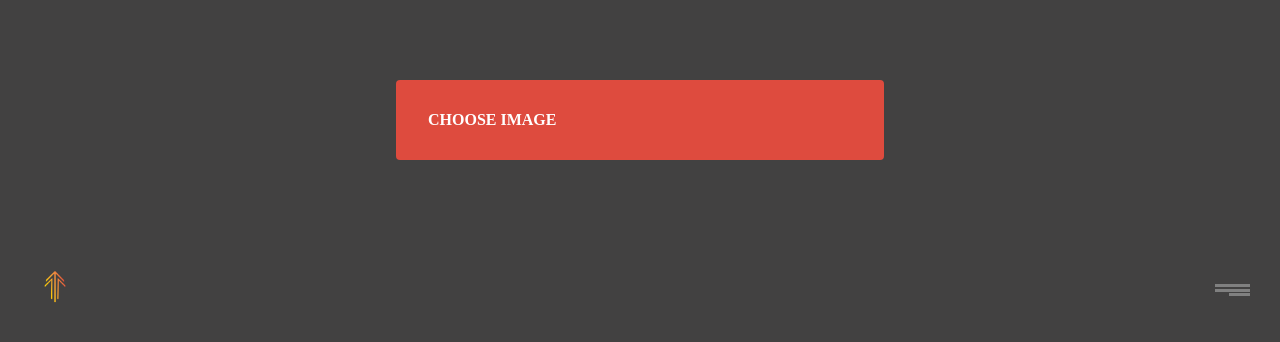
Repository: fdhhhdjd/React-Witth-Framer-Motion
Page: /
The author's editor kept a copy of each file at every save. The page is drawn from the files as they stood at one save, then again after the next save.
The browser window is 1280 px wide. The pictures show the whole page.
The project was rebuilt for these pictures with package versions that can differ from the ones it lists, and the page was loaded fresh each time. Also part of the build but not shown: src/App.css.

Above is the page before, as saved 2021-10-11 20:54:11.

### src/index.css
body {
  margin: 0;
  font-family: -apple-system, BlinkMacSystemFont, 'Segoe UI', 'Roboto', 'Oxygen',
    'Ubuntu', 'Cantarell', 'Fira Sans', 'Droid Sans', 'Helvetica Neue',
    sans-serif;
  -webkit-font-smoothing: antialiased;
  -moz-osx-font-smoothing: grayscale;
  background-color: rgb(66, 65, 65);
}

code {
  font-family: source-code-pro, Menlo, Monaco, Consolas, 'Courier New',
    monospace;
}

### src/App.js
import logo from "./logo.svg";
import "./App.css";
import { Switch, BrowserRouter, Route } from "react-router-dom";
import { Dropdown, ChooseImg } from "./Import/Index";
function App() {
  return (
    <BrowserRouter>
      <Dropdown />
      <Switch>
        <Route exact path="/" component={ChooseImg} />
      </Switch>
    </BrowserRouter>
  );
}

export default App;

### src/Import/Index.js
export { default as Dropdown } from "../Page/Dropdown/Dropdown";
export { default as ChooseImg } from "../Component/ChooseImg/ChooseImg";

### src/Page/Dropdown/Dropdown.js
import React, { useState, useEffect } from "react";
import "./Dropdown.css";
import "./reset.css";
import {
  useRouteMatch,
  Link,
  Switch,
  Route,
  useLocation,
} from "react-router-dom";
const Dropdown = () => {
  const [select, setSelect] = useState("Choose Item 😉 ");
  const location = useLocation();
  useEffect(() => {
    if (location.pathname === "/") {
      setSelect("Choose Image");
    } else if (location.pathname === "/tow") {
      setSelect("Tow");
    }
  }, [location]);
  const option = [
    {
      id: 1,
      name: "Choose Img",
      path: "/img",
    },
  ];
  return (
    <div class="dropdown">
      <div class="dropdown__select">
        <span class="dropdown__selected">{select}</span>
        <i class="fa fa-caret-down dropdown__caret"></i>
      </div>
      <ul class="dropdown__list">
        {option.map((item) => {
          return (
            <>
              <Link to={`${item.path}`} className="dropdown__item">
                <span class="dropdown__text">{item.name}</span>
              </Link>
            </>
          );
        })}
      </ul>
    </div>
  );
};

export default Dropdown;

### src/Component/ChooseImg/ChooseImg.js
import React from "react";
import { AnimatePresence } from "framer-motion";
import { Route, Switch, useLocation } from "react-router-dom";
import Navigator from "../../Component/Navigator/Navigator";
import "./ChooseImg.css";
const ChooseImg = () => {
  return (
    <div>
      <Navigator />
    </div>
  );
};

export default ChooseImg;

### src/Page/Dropdown/Dropdown.css
html {
    font-size: 62.5%;
    font-family: "Poppins", sans-serif;
  }
  * {
    box-sizing: border-box;
  }
  :root {
    --primary: #de4b3e;
    --secondary: #c74237;
  }
  .dropdown {
    width: 100%;
    max-width: 30.5rem;
    margin: 5rem auto;
    position: relative;
    color: white;
    text-transform: uppercase;
    font-size: 1rem;
    font-weight: bold;
    border-radius: 4px;
  }
  .dropdown__select {
    border-radius: inherit;
  }
  .dropdown__list {
    margin-top: 2.5rem;
    position: absolute;
    top: 100%;
    left: 0;
    right: 0;
    display: none;
  }
  .dropdown__list:before {
    content: "";
    height: 2.5rem;
    position: absolute;
    left: 0;
    right: 0;
    background-color: transparent;
    transform: translateY(-100%);
  }
  .dropdown:hover .dropdown__list {
    display: block;
  }
  .dropdown__select,
  .dropdown__item {
    width: 100%;
    padding: 2rem;
    background-color: var(--primary);
    display: flex;
    align-items: center;
    justify-content: space-between;
    cursor: pointer;
  }
  .dropdown__item {
    transition: background-color 0.2s linear;
  }
  .dropdown__item:first-child {
    border-radius: 4px 4px 0 0;
    position: relative;
  }
  .dropdown__item:first-child:before {
    content: "";
    position: absolute;
    top: 0;
    left: 3rem;
    border-left: 10px solid transparent;
    border-right: 10px solid transparent;
    border-bottom: 10px solid var(--primary);
    transform: translateY(-100%);
    transition: border-color 0.2s linear;
  }
  .dropdown__item:first-child:hover:before {
    border-bottom-color: var(--secondary);
  }
  .dropdown__item:last-child {
    border-radius: 0 0 4px 4px;
  }
  .dropdown__item:hover {
    background-color: var(--secondary);
  }

### src/Page/Dropdown/reset.css

html,
body,
div,
span,
applet,
object,
iframe,
h1,
h2,
h3,
h4,
h5,
h6,
p,
blockquote,
pre,
a,
abbr,
acronym,
address,
big,
cite,
code,
del,
dfn,
em,
img,
ins,
kbd,
q,
s,
samp,
small,
strike,
strong,
sub,
sup,
tt,
var,
b,
u,
i,
center,
dl,
dt,
dd,
ol,
ul,
li,
fieldset,
form,
label,
legend,
table,
caption,
tbody,
tfoot,
thead,
tr,
th,
td,
article,
aside,
canvas,
details,
embed,
figure,
figcaption,
footer,
header,
hgroup,
menu,
nav,
output,
ruby,
section,
summary,
time,
mark,
audio,
video {
  margin: 0;
  padding: 0;
  border: 0;
  font-size: 100%;
  font: inherit;
  vertical-align: baseline;
}
/* HTML5 display-role reset for older browsers */
article,
aside,
details,
figcaption,
figure,
footer,
header,
hgroup,
menu,
nav,
section {
  display: block;
}
body {
  line-height: 1;
}
ol,
ul {
  list-style: none;
}
blockquote,
q {
  quotes: none;
}
blockquote:before,
blockquote:after,
q:before,
q:after {
  content: "";
  content: none;
}
table {
  border-collapse: collapse;
  border-spacing: 0;
}

### src/Component/Navigator/Navigator.js
import React from "react";

const Navigator = () => {
  return (
    <div className="navigationBar">
      <div className="logo">
        <img className="logoImage" src="../images/logos/logo.png" alt="" />
      </div>
      <div className="dropdownMenu">
        <div className="dropdownIcon">
          <div className="bar first"></div>
          <div className="bar  second"></div>
          <div className="bar third"></div>
        </div>
      </div>
    </div>
  );
};

export default Navigator;

### src/Component/ChooseImg/ChooseImg.css
@import url("https://fonts.googleapis.com/css2?family=Archivo:ital,wght@0,100;0,200;0,300;0,400;0,500;0,600;0,700;0,800;0,900;1,100;1,200;1,300;1,400;1,500;1,600;1,700;1,800;1,900&display=swap");
* {
  padding: 0;
  margin: 0;
  box-sizing: border-box;
}

/* navigation bar */

.navigationBar {
  display: flex;
  justify-content: space-between;
  height: 100px;
  align-items: center;
}

.logoImage {
  width: 50px;
  margin: 15px 30px;
}
.dropdownIcon {
  display: flex;
  flex-direction: column;
  justify-content: space-between;
  width: 35px;
  height: 12px;
  margin: 0 30px;
}
.dropdownIcon .bar {
  background-color: gray;
  height: 3px;
  width: 100%;
}
.dropdownIcon .third {
  width: 60%;
  margin-left: 40%;
}

/* grid*/
.carsContainer {
  min-height: 100vh;
  text-align: center;
  margin-top: 1px;
  display: block;
}
.carsContainer h3 {
  font-family: "Archivo", sans-serif;
  font-size: 25px;
  color: gray;
  opacity: 0;
}

.cars {
  display: grid;
  grid-template-columns: repeat(3, 1fr);
  grid-column-gap: 20px;
  grid-row-gap: 20px;
  padding: 10px 120px;
}
.card {
  background: rgb(238, 238, 238);
  height: 200px;
  align-items: center;
  text-align: center;
  opacity: 0;
}
.card img {
  width: 90%;
  max-height: 75%;
  margin-top: 10%;
}

/* single product page */
.carcontainer {
  overflow: hidden;
  margin-top: -100px;
  min-height: 120vh;
}
.car {
  padding-top: 100px;
  min-height: 120vh;
  background: linear-gradient(to right, #fff 65%, tomato 30%);
  opacity: 0;
}
.car .navigateBack {
  font-size: 50px;
  color: tomato;
  cursor: pointer;
  margin-left: 30px;
  width: 0;
}
.imageAndText {
  display: flex;
  margin-top: -10px;
  justify-content: space-between;
}
.imageAndText img {
  width: 60vw;
  margin-left: 15%;
}
.carText {
  margin-right: 40px;
  font-family: -apple-system, BlinkMacSystemFont, "Segoe UI", Roboto, Oxygen,
    Ubuntu, Cantarell, "Open Sans", "Helvetica Neue", sans-serif;
}
.carText h3 {
  font-size: 30px;
  letter-spacing: 5px;
  color: #fff;
  margin-bottom: 40px;
  width: 300px;
}
.carText p {
  color: #fff;
  width: 300px;
  line-height: 20px;
  font-family: "Archivo", sans-serif;
}

Loaded but not shown: public/index.html (common file); src/index.js (common file); src/reportWebVitals.js (common file)

After the next save:
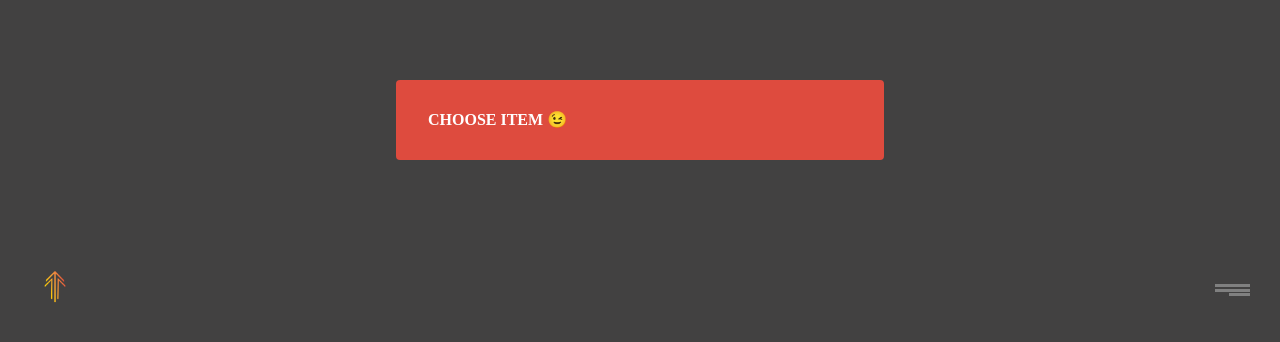
Saved 44 s later.
--- a/src/Page/Dropdown/Dropdown.js
+++ b/src/Page/Dropdown/Dropdown.js
@@ -12,10 +12,8 @@ const Dropdown = () => {
   const [select, setSelect] = useState("Choose Item 😉 ");
   const location = useLocation();
   useEffect(() => {
-    if (location.pathname === "/") {
+    if (location.pathname === "/mg") {
       setSelect("Choose Image");
-    } else if (location.pathname === "/tow") {
-      setSelect("Tow");
     }
   }, [location]);
   const option = [
